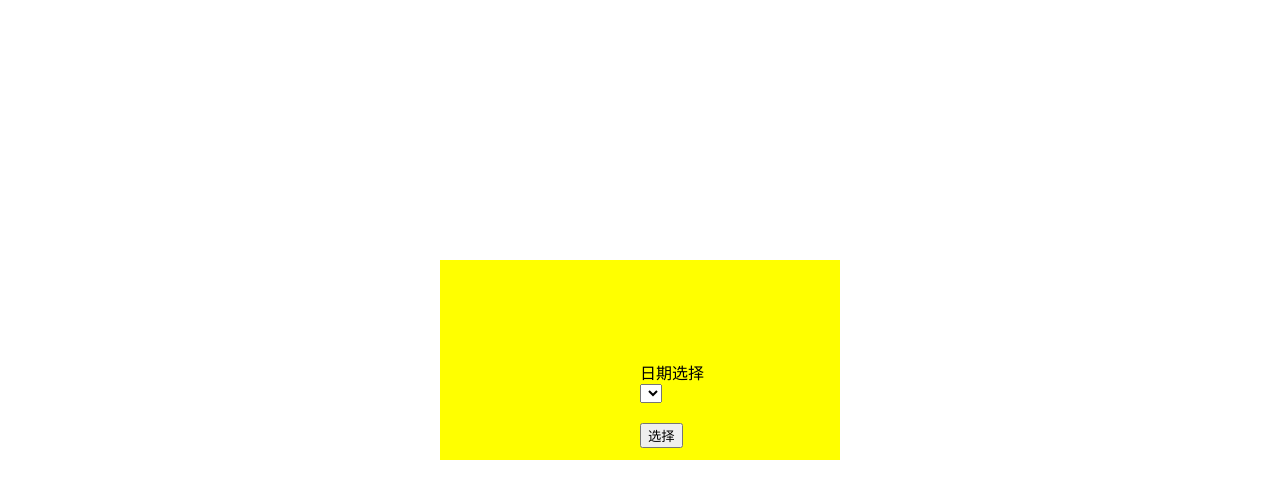
Repository: yz990219/InfectStatisticWeb
Page: http://localhost/MyInfectStatisticWeb/dateChoose.jsp
The author's editor kept a copy of each file at every save. The page is drawn from the files as they stood at one save, then again after the next save.
The browser window is 1280 px wide. The pictures show the whole page.
The page is served by Tomcat 9. Other server files are loaded and not shown.

Above is the page before, as saved 2020-03-13 14:13:30.

### MyInfectStatisticWeb/WebContent/dateChoose.jsp
<%@ page language="java" contentType="text/html; charset=utf-8"
	pageEncoding="utf-8"%>
<%@ page import="hw2.*"%>
<%@ page import="java.util.*"%>
<%@ page import="java.io.File"%>
<!DOCTYPE html>
<html>
<head>
<title>日期选择</title>
<link href="css/datechoose.css" rel="stylesheet">
</head>
<body>
	<div class="datechoose">
		<form class="form" action="index.jsp" method="post">
			<%
				ArrayList<String> fileNameList = new ArrayList<String>();
				String[] temp;
				String path = "D:\\InfectStatisticWeb\\MyInfectStatisticWeb\\WebContent\\log\\";
				File name = new File(path);
				temp = name.list();
				if (name.isDirectory()) {
					for (int i = 0; i < temp.length; i++) {
						fileNameList.add(temp[i]);
					}
				}
			%>
			<div>日期选择</div>
			<div>
				<select name="date">
					<%
						for (int i = 0; i < fileNameList.size(); i++) {
					%>
					<option
						value="<%=fileNameList.get(i).substring(0, fileNameList.get(i).length() - 8)%>">
						<%=fileNameList.get(i).substring(0, fileNameList.get(i).length() - 8)%>
					</option>
					<%
						}
					%>
				</select>
			</div>
			<div style="margin-top: 20px">
				<button type="submit">选择</button>
			</div>

		</form>
	</div>

</body>
</html>

### MyInfectStatisticWeb/WebContent/css/datechoose.css
@charset "UTF-8";
.datechoose {
	background:#ffff00;
    width: 400px;
    height: 200px;
    position: fixed;
    left: 50%;
    top: 50%;
    z-index: 11;
    /*设定这个div的margin-top的负值为自身的高度的一半,margin-left的值也是自身的宽度的一半的负值.*/
    /*宽为400,那么margin-top为-200px*/
    /*高为200那么margin-left为-100px;*/
    margin: -100px 0 0 -200px;
}
.form{
	margin: 100px 0 0 200px;
}

After the next save:
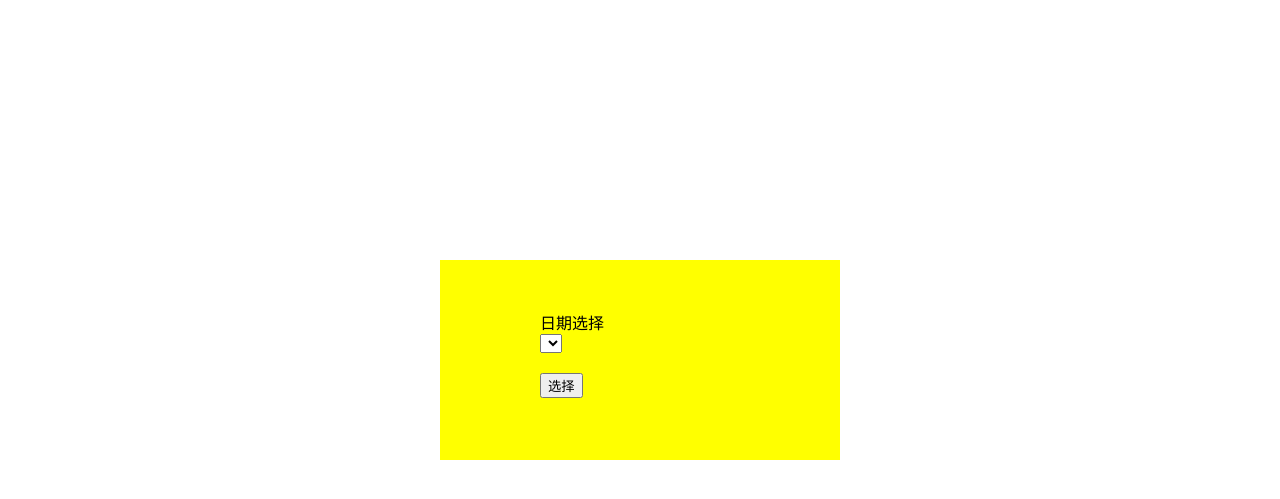
Saved 23 s later.
--- a/MyInfectStatisticWeb/WebContent/css/datechoose.css
+++ b/MyInfectStatisticWeb/WebContent/css/datechoose.css
@@ -13,5 +13,5 @@
     margin: -100px 0 0 -200px;
 }
 .form{
-	margin: 100px 0 0 200px;
+	margin: 50px 0 0 100px;
 }
